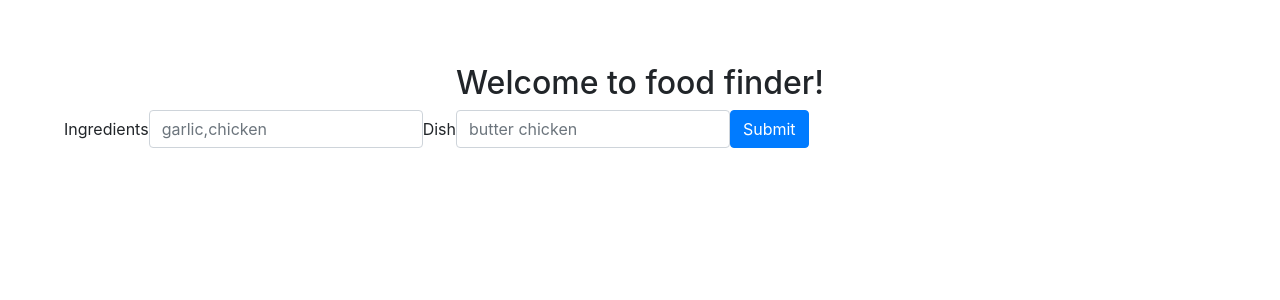
Repository: ratanparmar/receipesearch
Page: /
The author's editor kept a copy of each file at every save. The page is drawn from the files as they stood at one save, then again after a run of saves.
The browser window is 1280 px wide. The pictures show the whole page.
The project was rebuilt for these pictures with package versions that can differ from the ones it lists, and the page was loaded fresh each time.

Above is the page before, as saved 2019-12-10 16:16:22.

After the next 2 saves:
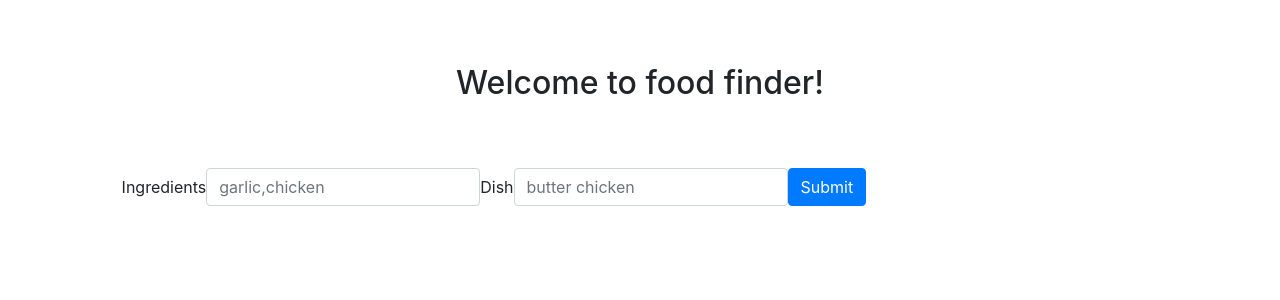
The 2 saves are shown as one change because they came seconds apart.
The last was saved 16 s later.
--- a/src/components/App.js
+++ b/src/components/App.js
@@ -9,8 +9,8 @@ class App extends Component{
             <div>
                 <h2> Welcome to food finder!
                 </h2>
-                <div>
-                    <Searchbar className="App"/>
+                <div className="App">
+                    <Searchbar/>
                 </div>
             </div>
         )
